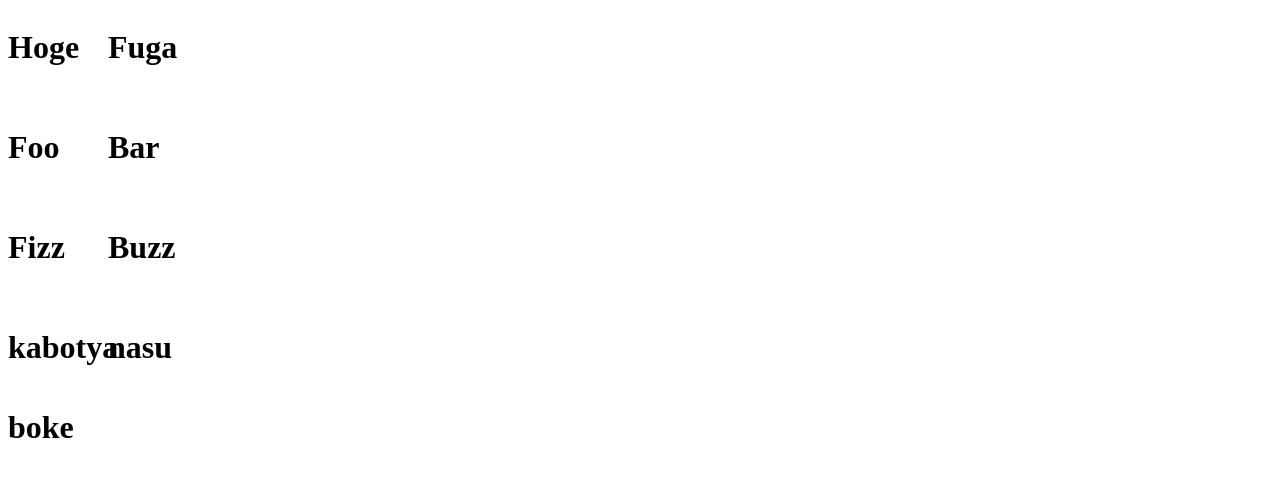
Repository: 1008216/samurai_HTML-CSS
Page: stylesheet/aa.html
The author's editor kept a record of every edit. The page is drawn from the files as they stood at one moment, then again after the next edit.
The browser window is 1280 px wide. The pictures show the whole page.

Above is the page before.

### stylesheet/aa.html
<html lang="ja">
    <head>
        <style>
            #grid {
                display: grid;
                grid-template-columns: 100px 100px;
                grid-template-rows: 100px 100px 100px;
            }
        </style>
    </head>
    <body>
        <div id="grid">
            <h1>Hoge</h1>
            <h1>Fuga</h1>
            <h1>Foo</h1>
            <h1>Bar</h1>
            <h1>Fizz</h1>
            <h1>Buzz</h1>
            <h1>kabotya</h1>
            <h1>nasu</h1>
            <h1>boke</h1>
        </div>
    </body>
</html>

After the next edit:
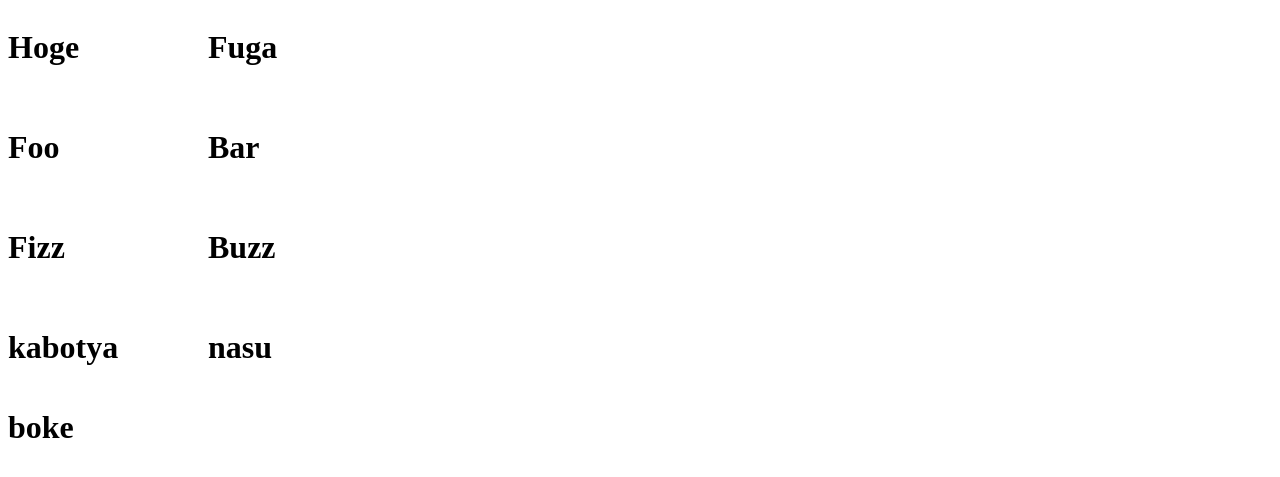
The edit:
--- a/stylesheet/aa.html
+++ b/stylesheet/aa.html
@@ -3,7 +3,7 @@
         <style>
             #grid {
                 display: grid;
-                grid-template-columns: 100px 100px;
+                grid-template-columns: 200px 100px;
                 grid-template-rows: 100px 100px 100px;
             }
         </style>
